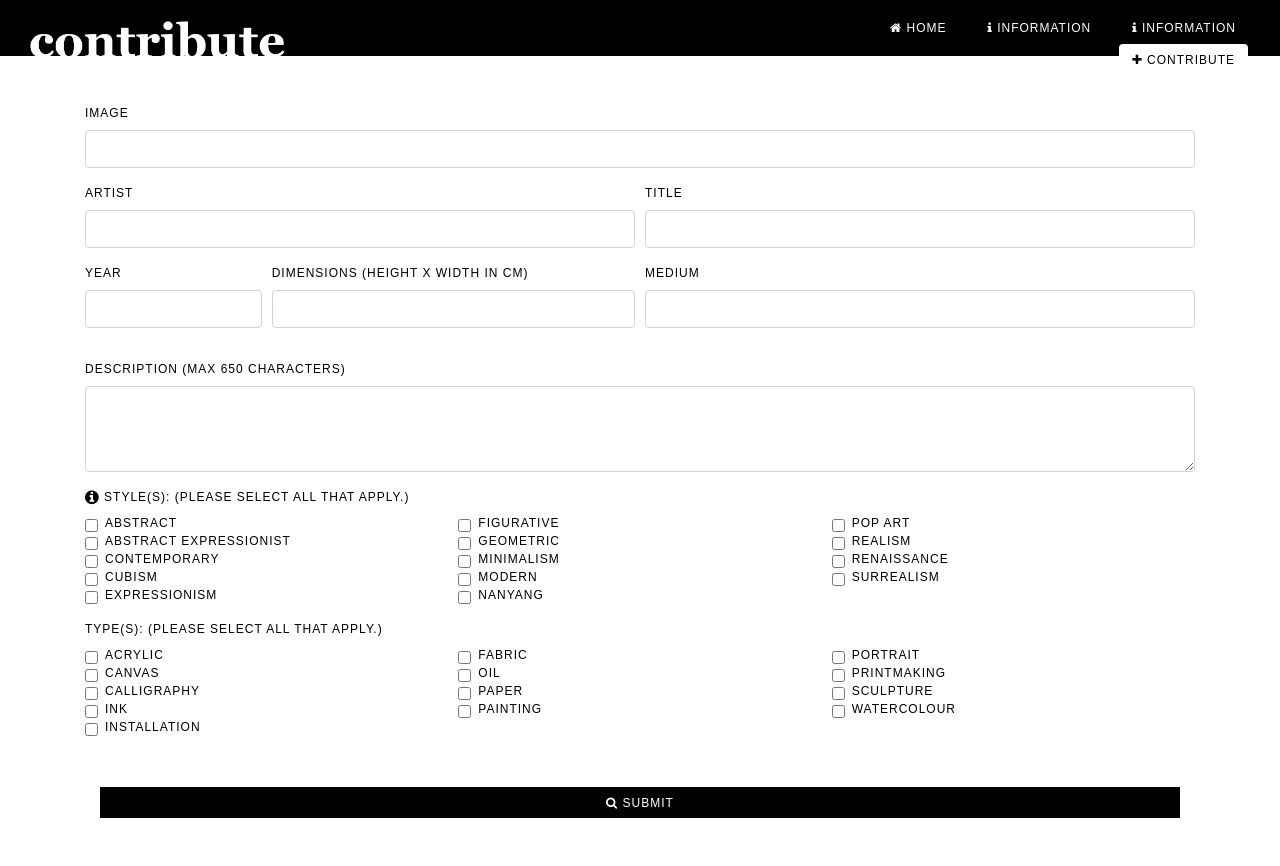
Repository: lynette-lyf/artwork-inventory
Page: http://localhost/add-artwork
The author's editor kept a record of every edit. The page is drawn from the files as they stood at one moment, then again after the next edit.
The browser window is 1280 px wide. The pictures show the whole page.
The page is served by the project's application, run on Flask 3 (app.py).

Above is the page before.

After the next edit:
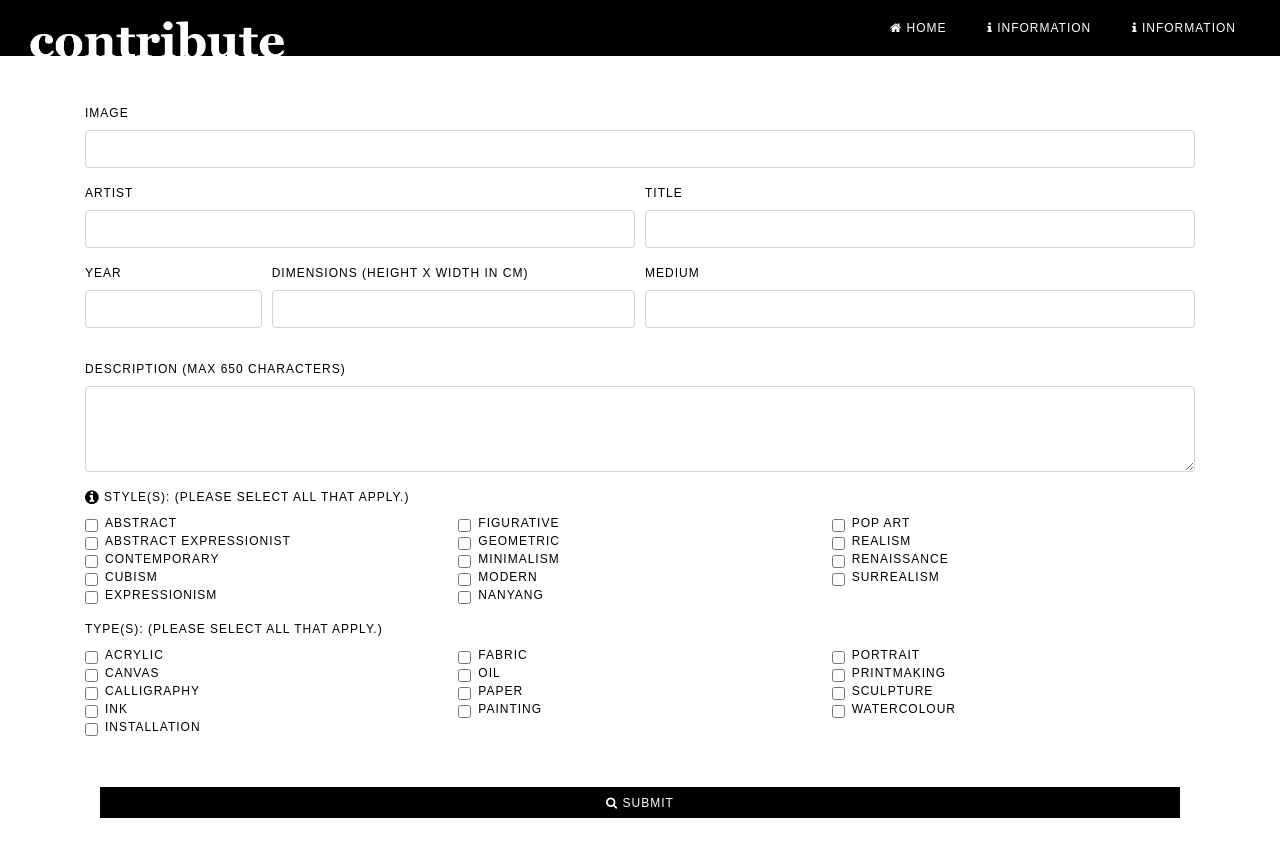
The edit:
--- a/templates/add_artwork.template.html
+++ b/templates/add_artwork.template.html
@@ -158,9 +158,7 @@
       <li class="nav-item">
           <a href="information/artstyles" id="information" class="btn btn-default"><i class="fa fa-info"></i>    Information</a>
       </li>
-      <li class="nav-item">
-          <div id="contribute" class="btn btn-default" aria-disabled="true"><i class="fa fa-plus"></i>    Contribute</div>
-      </li>
+
       <li class="nav-item">
         <a href="information/artstyles" id="information" class="btn btn-default"><i class="fa fa-info"></i>    Information</a>
       </li>
